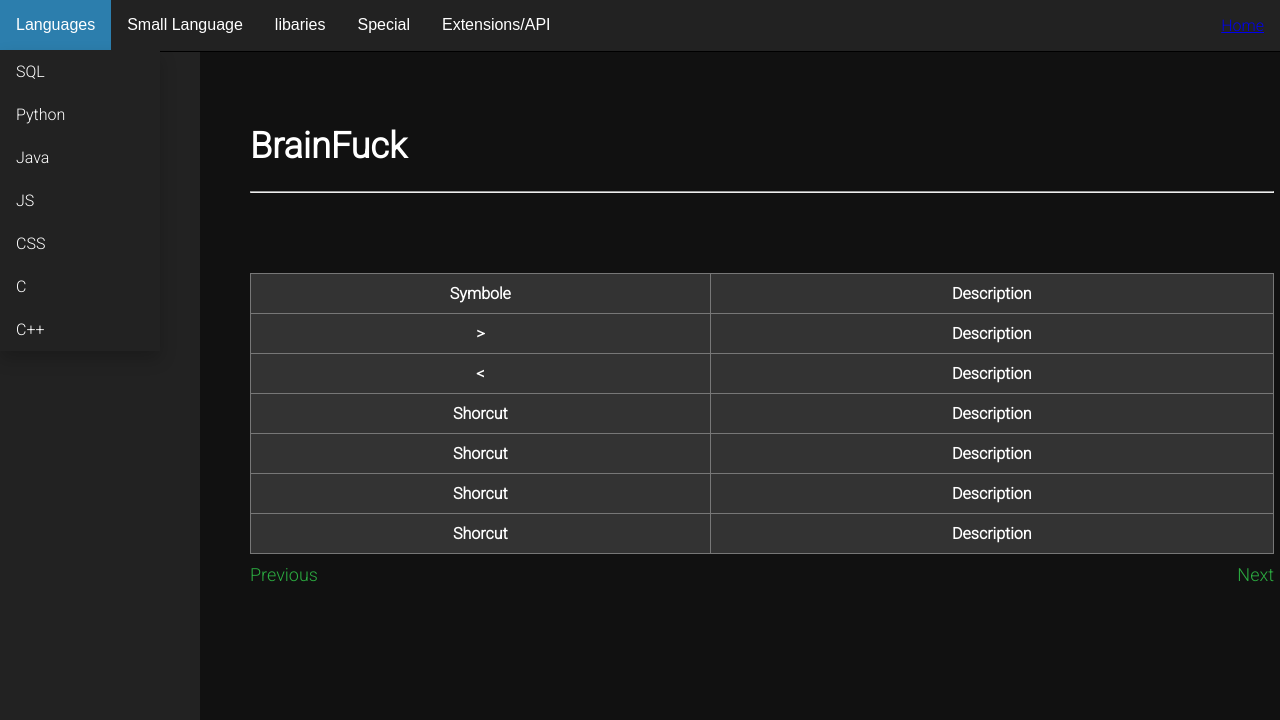
Repository: Max-Rohrhirsch/Max-Rohrhirsch.github.io
Page: documentation/small/brainfuck.html
These files come from the project's save history. The page is drawn as it stood at one moment and after the next save; the edit follows.
The browser window is 1280 px wide. The pictures show the whole page.

Above is the page before, as saved 2023-10-15 10:35:16.

### documentation/small/brainfuck.html
<script src="/jquery.js"></script>
<div id="includeHeader"></div>

<!-- ------ SIDE NAVIGATION BAR ----- -->
<div class="sidenav">
    <a href="/documentation/small/brainfuck.html">Basics</a>
</div>

<!-- ------ MAIN CONTENT ----- -->
<div class="main">
    <h1>BrainFuck</h1>
    <hr><br>
    <table>
        <tr>
            <th>Symbole</th>
            <th>Description</th>
        </tr>
        <tr>
            <th>></th>
            <th>Description</th>
        </tr>
        <tr>
            <th>&lt;</th>
            <th>Description</th>
        </tr>
        <tr>
            <th>Shorcut</th>
            <th>Description</th>
        </tr>
        <tr>
            <th>Shorcut</th>
            <th>Description</th>
        </tr>
        <tr>
            <th>Shorcut</th>
            <th>Description</th>
        </tr>
        <tr>
            <th>Shorcut</th>
            <th>Description</th>
        </tr>
    </table>


<div id="includeFooter"></div>

### header.html
<html>
    <head>
        <title>Documentation</title>

        <meta name="viewport" content="width=device-width, initial-scale=1">
        <meta name="description" lang="en" content="Documentation of many things I learned">
        <meta name="keywords" content="HTML, CSS, JavaScript, Coding, max">
        <meta name="author" content="Rohrhirsch Max">

        <link rel="preconnect" href="https://fonts.googleapis.com">
        <link rel="preconnect" href="https://fonts.gstatic.com" crossorigin>
        <link href="https://fonts.googleapis.com/css2?family=Roboto:wght@300&display=swap" rel="stylesheet">
        <link rel="stylesheet" href="https://cdnjs.cloudflare.com/ajax/libs/font-awesome/4.7.0/css/font-awesome.min.css">

        <link rel="icon" type="image/x-icon" href="/Bilder/favicon.ico">

        <link href="/documentation/prism.css" rel="stylesheet" />

        <link rel="stylesheet" href="/documentation/docStyle.css">
        <link rel="icon" type="image/x-icon" href="/Bilder/favicon.ico">
    </head>
    <body>
        <!-- ------ TOP NAVIGATION BAR ----- -->
        <nav class="nav1">
            <div class="dropdown" style="float:left;">
                <button class="dropbtn">Languages</button>
                <div class="dropdown-content" style="left:0;">
                    <a href="/documentation/languages/sql/sql.html">SQL</a>
                    <a href="/documentation/languages/python/python.html">Python</a>
                    <a href="/documentation/languages/java/java.html">Java</a>
                    <a href="/documentation/languages/js.html">JS</a>
                    <a href="/documentation/languages/css.html">CSS</a>
                    <a href="/documentation/languages/c.html">C</a>
                    <a href="/documentation/languages/cpp.html">C++</a>
                </div>
            </div>
            <div class="dropdown" style="float:left;">
                <button class="dropbtn">Small Language</button>
                <div class="dropdown-content" style="left:0;">
                    <a href="/documentation/small/bash.html">Bash</a>
                    <a href="/documentation/small/rust.html">Rust</a>
                    <a href="/documentation/small/go.html">GO</a>
                    <a href="/documentation/small/csharp.html">C#</a>
                    <a href="/documentation/small/brainfuck.html">BrainFuck</a>
                </div>
            </div>
            <div class="dropdown" style="float:left;">
                <button class="dropbtn">libaries</button>
                <div class="dropdown-content" style="left:0;">
                    <a href="/documentation/libaries/socket.html">Socket</a>
                    <a href="/documentation/libaries/tenserflow.html">Tenserflow</a>
                    <a href="/documentation/libaries/regex.html">Regex</a>
                </div>
            </div>
            <div class="dropdown" style="float:left;">
                <button class="dropbtn">Special</button>
                <div class="dropdown-content" style="left:0;">
                    <a href="/documentation/special/computer.html">Computer</a>
                    <a href="/documentation/special/linux.html">Linux</a>
                    <a href="/documentation/special/arduino.html">Arduino</a>
                    <a href="/documentation/special/game.html">Game Maker</a>
                    <a href="/documentation/special/unity.html">Unity</a>
                    <a href="/documentation/special/OS/OS.html">OS</a>
                    <a href="/documentation/special/hacking.html">Hacking</a>
                </div>
            </div>
            <div class="dropdown" style="float:left;">
                <button class="dropbtn">Extensions/API</button>
                <div class="dropdown-content" style="left:0;">
                    <a href="/documentation/extension/chrome.html">Chrome Extension</a>
                    <a href="/documentation/extension/discord.html">Discord Bot</a>
                    <a href="/documentation/extension/computercraft.html">Computercraft</a>
                    <a href="/documentation/extension/LaTeX.html">LaTeX</a>
                </div>
            </div>
            <div class="dropdown dropbtn" style="float:right;">
                <a href="https://max-rohrhirsch.github.io/documentation/documentation.html">Home</a>
            </div>
        </nav>

        <!-- ------ SIDE NAVIGATION BAR ----- -->

### footer.html

<a class="pre">Previous</a>
<a class="next">Next</a>
</div>

<div id="modal01" class="modal" onclick="this.style.display='none'">
<span class="close">X</span>
<div class="modal-content">
  <img id="img01" style="max-width:100%">
</div>
</div>


<!-- ------ SCRIPT FOR DROPDOWN ----- -->
<script>
var dropdown = document.getElementsByClassName("dropdown-btn");
var i;

for (i = 0; i < dropdown.length; i++) {
  dropdown[i].addEventListener("click", function() {
    this.classList.toggle("active");
    var dropdownContent = this.nextElementSibling;
    if (dropdownContent.style.display === "block") {
      dropdownContent.style.display = "none";
    } else {
      dropdownContent.style.display = "block";
    }
  });
}
</script>
<script src="/documentation/prism.js"></script>
<script>
function onClick(element) {
    document.getElementById("img01").src = element.src;
    document.getElementById("modal01").style.display = "block";
}
</script>
</body>
</html>

### documentation/prism.css
/* PrismJS 1.29.0
https://prismjs.com/download.html#themes=prism-okaidia&languages=markup+css+clike+javascript+arduino+armasm+bash+brainfuck+c+cpp+cilkc+cilkcpp+go+java+latex+lua+python+rust+sql&plugins=line-numbers+show-language+toolbar+copy-to-clipboard+download-button */
code[class*=language-],pre[class*=language-]{color:#f8f8f2;background:0 0;text-shadow:0 1px rgba(0,0,0,.3);font-family:Consolas,Monaco,'Andale Mono','Ubuntu Mono',monospace;font-size:1em;text-align:left;white-space:pre;word-spacing:normal;word-break:normal;word-wrap:normal;line-height:1.5;-moz-tab-size:4;-o-tab-size:4;tab-size:4;-webkit-hyphens:none;-moz-hyphens:none;-ms-hyphens:none;hyphens:none}pre[class*=language-]{padding:1em;margin:.5em 0;overflow:auto;border-radius:.3em}:not(pre)>code[class*=language-],pre[class*=language-]{background:#272822}:not(pre)>code[class*=language-]{padding:.1em;border-radius:.3em;white-space:normal}.token.cdata,.token.comment,.token.doctype,.token.prolog{color:#8292a2}.token.punctuation{color:#f8f8f2}.token.namespace{opacity:.7}.token.constant,.token.deleted,.token.property,.token.symbol,.token.tag{color:#f92672}.token.boolean,.token.number{color:#ae81ff}.token.attr-name,.token.builtin,.token.char,.token.inserted,.token.selector,.token.string{color:#a6e22e}.language-css .token.string,.style .token.string,.token.entity,.token.operator,.token.url,.token.variable{color:#f8f8f2}.token.atrule,.token.attr-value,.token.class-name,.token.function{color:#e6db74}.token.keyword{color:#66d9ef}.token.important,.token.regex{color:#fd971f}.token.bold,.token.important{font-weight:700}.token.italic{font-style:italic}.token.entity{cursor:help}
pre[class*=language-].line-numbers{position:relative;padding-left:3.8em;counter-reset:linenumber}pre[class*=language-].line-numbers>code{position:relative;white-space:inherit}.line-numbers .line-numbers-rows{position:absolute;pointer-events:none;top:0;font-size:100%;left:-3.8em;width:3em;letter-spacing:-1px;border-right:1px solid #999;-webkit-user-select:none;-moz-user-select:none;-ms-user-select:none;user-select:none}.line-numbers-rows>span{display:block;counter-increment:linenumber}.line-numbers-rows>span:before{content:counter(linenumber);color:#999;display:block;padding-right:.8em;text-align:right}
div.code-toolbar{position:relative}div.code-toolbar>.toolbar{position:absolute;z-index:10;top:.3em;right:.2em;transition:opacity .3s ease-in-out;opacity:0}div.code-toolbar:hover>.toolbar{opacity:1}div.code-toolbar:focus-within>.toolbar{opacity:1}div.code-toolbar>.toolbar>.toolbar-item{display:inline-block}div.code-toolbar>.toolbar>.toolbar-item>a{cursor:pointer}div.code-toolbar>.toolbar>.toolbar-item>button{background:0 0;border:0;color:inherit;font:inherit;line-height:normal;overflow:visible;padding:0;-webkit-user-select:none;-moz-user-select:none;-ms-user-select:none}div.code-toolbar>.toolbar>.toolbar-item>a,div.code-toolbar>.toolbar>.toolbar-item>button,div.code-toolbar>.toolbar>.toolbar-item>span{color:#bbb;font-size:.8em;padding:0 .5em;background:#f5f2f0;background:rgba(224,224,224,.2);box-shadow:0 2px 0 0 rgba(0,0,0,.2);border-radius:.5em}div.code-toolbar>.toolbar>.toolbar-item>a:focus,div.code-toolbar>.toolbar>.toolbar-item>a:hover,div.code-toolbar>.toolbar>.toolbar-item>button:focus,div.code-toolbar>.toolbar>.toolbar-item>button:hover,div.code-toolbar>.toolbar>.toolbar-item>span:focus,div.code-toolbar>.toolbar>.toolbar-item>span:hover{color:inherit;text-decoration:none}

### documentation/docStyle.css
:root {
    --main-special-color: #ee622a;
    --main-bg-color: #111;
    transition: 3s;
    scroll-behavior: smooth;
}

body {
    background-color: var(--main-bg-color);
    color: white;
    font-family: 'Roboto', sans-serif;
    margin: 0;
    min-height: max-content;
}


/* ----------------------------- MAIN STUFF --------------------------------------- */
red { color: red }
orange { color: orange }
green { color: green }

.nav1 {
    position: fixed;
    background-color: #222;
    border-bottom: 1px solid black;
    width: 100%;

    z-index: 2;
}

/* ---- DROPDOWN ---- */

.dropbtn {
    background-color: #222;
    color: white;

    padding: 16px;
    font-size: 16px;
    border: none;
    cursor: pointer;
  }

  .dropdown {
    position: relative;
    display: inline-block;
  }

  .dropdown-content {
    display: none;
    position: absolute;
    right: 0;

    background-color: #222;
    min-width: 160px;
    box-shadow: 0px 8px 16px 0px rgba(0,0,0,0.2);
  }

  .dropdown-content a {
    color: White;
    padding: 12px 16px;
    text-decoration: none;
    display: block;
  }

  .dropdown-content a:hover { background-color: #333 }
  .dropdown:hover .dropdown-content { display: block }
  .dropdown:hover .dropbtn { background-color: #2c7ead }


/* ------------ Site Navigation ----------- */

.sidenav {
    height: 100%;
    width: 200px;

    position: fixed;
    top: 51px;
    left: 0;

    background-color: #222;
    overflow-x: hidden;
    z-index: 1;
  }

  .sidenav a, .dropdown-btn {
    padding: 6px 8px 6px 16px;

    text-decoration: none;
    font-size: 20px;
    color: white;

    display: block;
    border: none;
    background: none;

    width: 100%;
    text-align: left;
    cursor: pointer;
    outline: none;
  }

  .sidenav a:hover, .dropdown-btn:hover { background-color: #2c7ead }

  .active {
    background-color: green;
    color: white;
  }

  .dropdown-container {
    display: none;
    background-color: #333;
  }

  .fa-caret-down {
    float: right;
    padding-right: 8px;
  }

  @media screen and (max-height: 450px) {
    .sidenav { padding-top: 15px }
    .sidenav a { font-size: 18px }
  }


/* ------------ Main ----------- */
.main {
    display: block;
    position:absolute;
    top: 51px;
    left: 200px;

    padding: 50px;
    font-size: 18px;

    min-height: 100%;
    width: 80vw;
}

.main h2 {
    font-size: 20px;
    color: #ee622a;
}

.main a {
    color: rgb(44, 172, 65);
    margin-bottom: 20px;
    display: block;
}

img {
    display: block;
    margin-top: 20px;
}
img:hover {
    cursor: pointer;
}



/* ------------ CODE ----------- */

out {
    display: block;
    width: calc(100% - 40px);
    background-color: #333;

    padding: 20px;
    margin-top: 15px;
    border-radius: 10px;
}

.wrapper {
    display: grid;
    font-size: 18px;
    grid-template-columns: repeat(3, 1fr);
    gap: 10px;
}

.wrapper pre {
    height: calc(100% - 50px);
}

.half {
    display: grid;
    grid-template-columns: repeat(2, 1fr);
    gap: 10px;
}
.half pre {
    height: calc(100% - 50px);
}

/* ------------ Table ----------- */

table {
    width: calc(100% );
    border: 1px solid #777;
    margin-top: 50px;
    border-collapse:collapse;
}

th {
    border: 1px solid #777;
    background-color: #333;
    padding: 10px;

}

td {
    border: 1px solid #777;
    padding: 5px;
    height: 40px;
}


/* ------------ Buttons ----------- */

.pre, .next {
    display: inline-block;
    margin-top: 10px;
}
.pre:hover, .next:hover { cursor: pointer }

.pre { float: left }
.next { float: right }





/* ------------ Image ----------- */
.modal {
    z-index:2;
    display:none;
    padding-top:10px;
    position:fixed;
    left:0;
    top:0;
    width:100%;
    height:100%;
    overflow:auto;
    background-color:rgb(0,0,0);
    background-color:rgba(0,0,0,0.8)
}

.modal-content {
    margin: auto;
    display: block;
    position: absolute;
    top: 50%;
    left: 50%;
    transform: translate(-50%, -50%);
}


.modal-hover-opacity {
    opacity:1;
    filter:alpha(opacity=100);
}

.modal-hover-opacity:hover {
    opacity:0.60;
    filter:alpha(opacity=60);
}


.close {
    text-decoration:none;

    position: fixed;
    right:20px;
    top: 20px;

    font-size:24px;
    font-weight:bold;
    color:white;
    cursor: pointer;
}

img {
    width: 500px;
    display: block;
}

.modal-content, #caption {
    -webkit-animation-name: zoom;
    -webkit-animation-duration: 0.6s;
    animation-name: zoom;
    animation-duration: 0.6s;
}

@keyframes zoom {
    from {transform:scale(0)}
    to {transform:scale(1)}
}

@media only screen and (max-width: 1300px) {
    .wrapper {
        grid-template-columns: repeat(2, 1fr);
    }
    .half {
        grid-template-columns: repeat(1, 1fr);
    }

}
@media only screen and (max-width: 1000px) {
    .wrapper {
        grid-template-columns: repeat(1, 1fr);
    }
}

Loaded but not shown: jquery.js (library); documentation/prism.js (library)

After the next save:
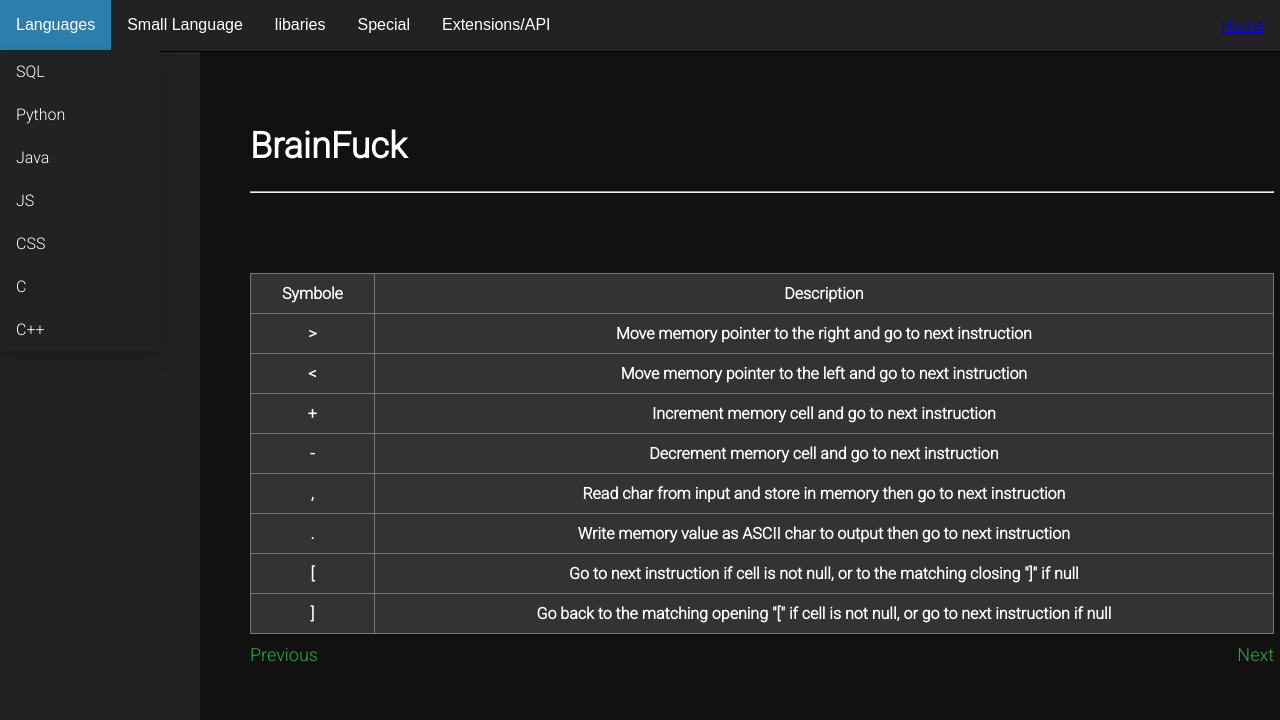
Saved 2 min 5 s later.
--- a/documentation/small/brainfuck.html
+++ b/documentation/small/brainfuck.html
@@ -17,27 +17,35 @@
         </tr>
         <tr>
             <th>></th>
-            <th>Description</th>
+            <th>Move memory pointer to the right and go to next instruction</th>
         </tr>
         <tr>
             <th>&lt;</th>
-            <th>Description</th>
+            <th>Move memory pointer to the left and go to next instruction</th>
         </tr>
         <tr>
-            <th>Shorcut</th>
-            <th>Description</th>
+            <th>+</th>
+            <th>Increment memory cell and go to next instruction</th>
         </tr>
         <tr>
-            <th>Shorcut</th>
-            <th>Description</th>
+            <th>-</th>
+            <th>Decrement memory cell and go to next instruction</th>
         </tr>
         <tr>
-            <th>Shorcut</th>
-            <th>Description</th>
+            <th>,</th>
+            <th>Read char from input and store in memory then go to next instruction</th>
         </tr>
         <tr>
-            <th>Shorcut</th>
-            <th>Description</th>
+            <th>.</th>
+            <th>Write memory value as ASCII char to output then go to next instruction</th>
+        </tr>
+        <tr>
+            <th>[</th>
+            <th>Go to next instruction if cell is not null, or to the matching closing "]" if null</th>
+        </tr>
+        <tr>
+            <th>]</th>
+            <th>Go back to the matching opening "[" if cell is not null, or go to next instruction if null</th>
         </tr>
     </table>
 
